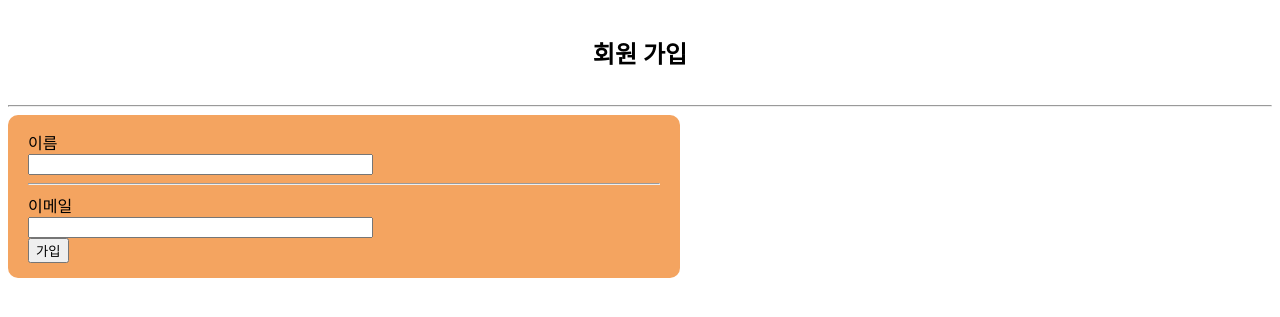
Repository: ineble/sql
Page: http://localhost/text/01/text1.jsp
The author's editor kept a copy of each file at every save. The page is drawn from the files as they stood at one save, then again after the next save.
The browser window is 1280 px wide. The pictures show the whole page.
The page is served by Tomcat 9.

Above is the page before, as saved 2022-07-15 08:12:15.

After the next save:
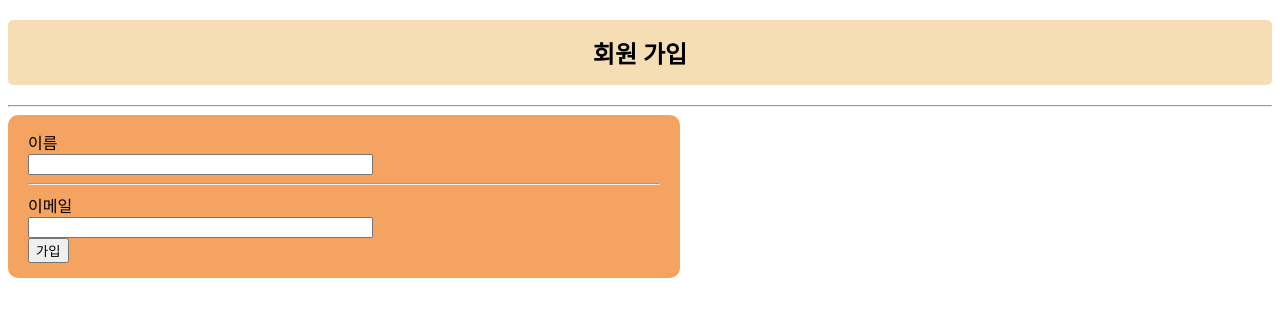
Saved 4 min 23 s later.
--- a/text/src/main/webapp/01/text1.jsp
+++ b/text/src/main/webapp/01/text1.jsp
@@ -8,7 +8,7 @@
 <style>
 h2 {
 	border-radius: 5px;
-	background-color: white;
+	background-color: wheat;
 	text-align: center;
 	padding: 15px 0;
 }
